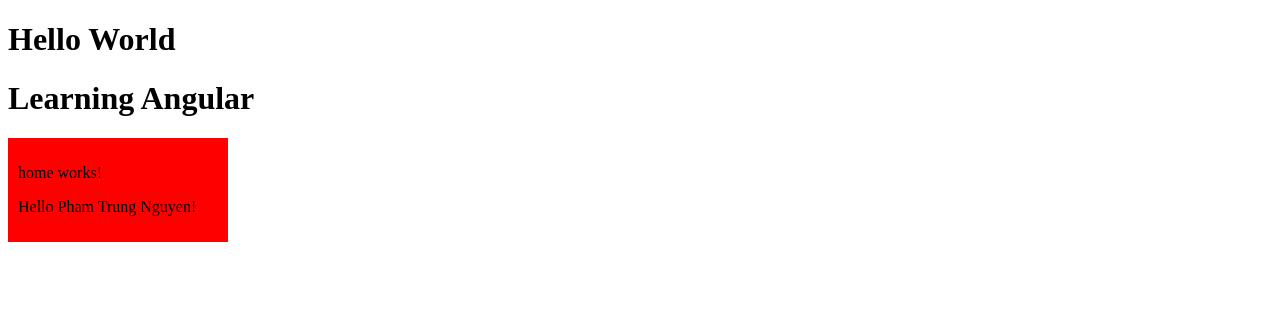
Repository: PhamTrungNguyen/Angular12
Page: / (app in Angular/)
These files come from the project's save history. The page is drawn as it stood at one moment and after the next save; the edit follows.
The browser window is 1280 px wide. The pictures show the whole page.
The project was rebuilt for these pictures with package versions that can differ from the ones it lists, and the page was loaded fresh each time. Also part of the build but not shown: Angular/angular.json.

Above is the page before, as saved 2022-12-31 21:13:19.

After the next save:
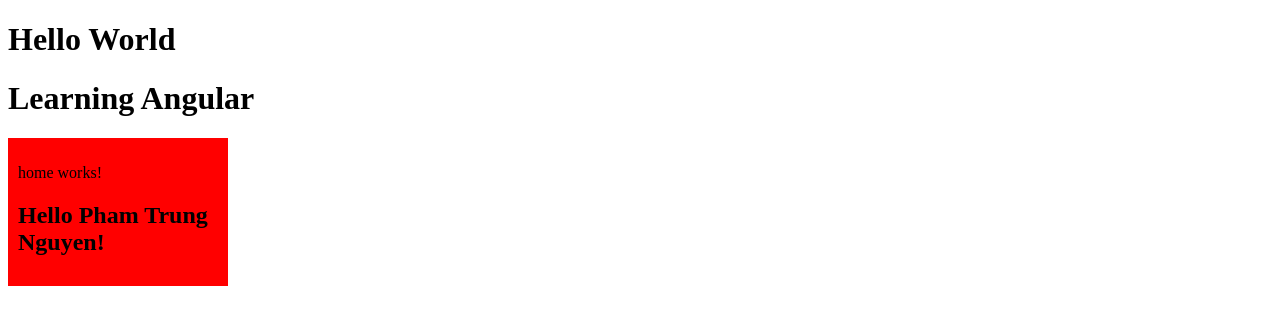
Saved 8 min 9 s later.
--- a/Angular/src/app/home/home.component.html
+++ b/Angular/src/app/home/home.component.html
@@ -1,4 +1,4 @@
 <div class="test">
     <p>home works!</p>
-    <p>Hello {{name}}!</p>
+    <h2>Hello {{name}}!</h2>
 </div>
